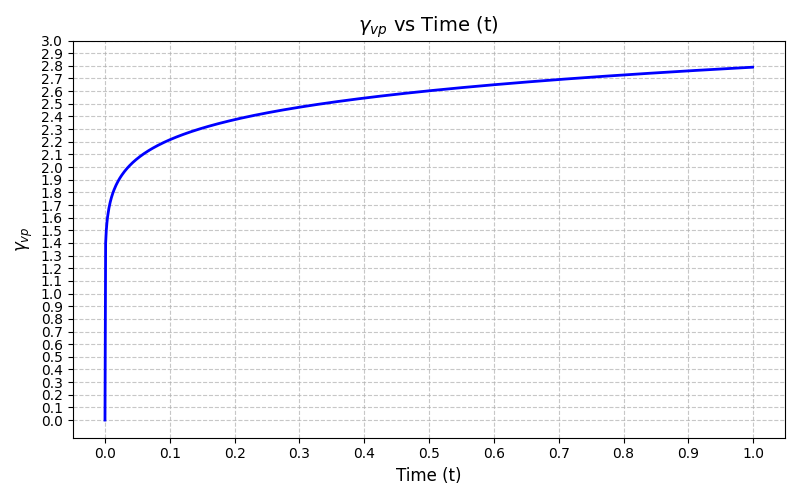
Repository: ajacquey/beaver
Script's output: python examples/viscoelasticity/Lemaitre/Lemaitre_analytical/Lemaitre_analytical.py
The author's editor kept a copy of each file at every save. The script's output is drawn from the files as they stood at one save, then again after the next save.
Random numbers start from a fixed seed.

Above is the script's output before, as saved 2025-05-27 14:23:13.

### examples/viscoelasticity/Lemaitre/Lemaitre_analytical/Lemaitre_analytical.py
import numpy as np
import matplotlib.pyplot as plt
from openpyxl import Workbook

def calculate_gamma_vp(t, A_r=1, T_r=289, T=289, q=2, A_2=1, alpha=0.1, beta=1.48):
    """Calculate the analytical solution for gamma_vp"""
    exponent = A_r * ((1 / T_r) - (1 / T))
    numerator = alpha * np.exp(exponent)
    denominator = alpha
    first_term = (numerator / denominator) ** alpha
    second_term = (q / A_2) ** beta
    return first_term * second_term * (t ** alpha)

# Time range from 0 to 1 with step 0.1
t_values = np.arange(0, 1.0, 0.001)

# Calculate gamma_vp for each time point
gamma_vp_values = [calculate_gamma_vp(t) for t in t_values]

# --- Save to Excel ---
wb = Workbook()
ws = wb.active
ws.title = "Gamma_vp Results"
ws.append(["Time (t)", "Gamma_vp"])
for t, gamma in zip(t_values, gamma_vp_values):
    ws.append([t, gamma])
wb.save("gamma_vp_results.xlsx")

# --- Create Plot ---
plt.figure(figsize=(8, 5))
plt.plot(t_values, gamma_vp_values, 'b-', linewidth=2)
plt.title(r'$\gamma_{vp}$ vs Time (t)', fontsize=14)
plt.xlabel('Time (t)', fontsize=12)
plt.ylabel(r'$\gamma_{vp}$', fontsize=12)
plt.grid(True, linestyle='--', alpha=0.7)
plt.xticks(np.arange(0, 1.1, 0.1))
plt.yticks(np.arange(0, 3.1, 0.1))
plt.tight_layout()

# Save and show plot
plt.savefig('gamma_vp_plot.png', dpi=300)
plt.show()

print("Results saved to:")
print("- Excel file: 'gamma_vp_results.xlsx'")
print("- Plot: 'gamma_vp_plot.png'")

After the next save:
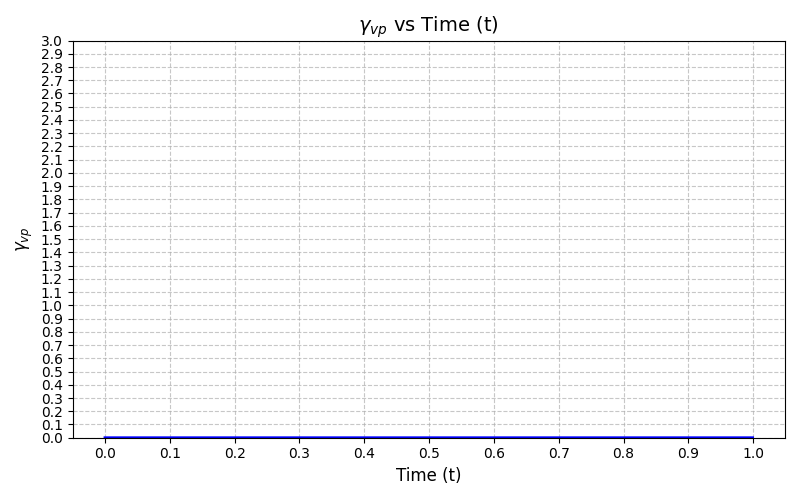
Saved 22 h 37 min later.
--- a/examples/viscoelasticity/Lemaitre/Lemaitre_analytical/Lemaitre_analytical.py
+++ b/examples/viscoelasticity/Lemaitre/Lemaitre_analytical/Lemaitre_analytical.py
@@ -9,7 +9,7 @@
     denominator = alpha
     first_term = (numerator / denominator) ** alpha
     second_term = (q / A_2) ** beta
-    return first_term * second_term * (t ** alpha)
+    return 1e-6*first_term * second_term * (t ** alpha)
 
 # Time range from 0 to 1 with step 0.1
 t_values = np.arange(0, 1.0, 0.001)

After the save that followed:
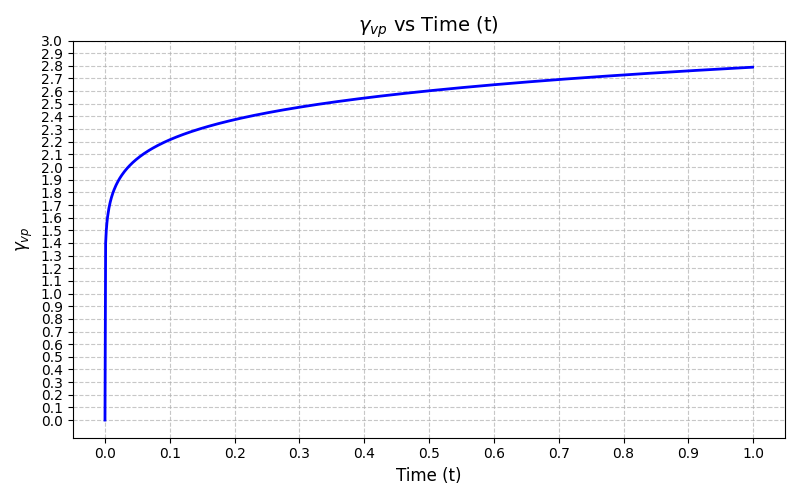
Saved 2 min 14 s later.
--- a/examples/viscoelasticity/Lemaitre/Lemaitre_analytical/Lemaitre_analytical.py
+++ b/examples/viscoelasticity/Lemaitre/Lemaitre_analytical/Lemaitre_analytical.py
@@ -9,7 +9,7 @@
     denominator = alpha
     first_term = (numerator / denominator) ** alpha
     second_term = (q / A_2) ** beta
-    return 1e-6*first_term * second_term * (t ** alpha)
+    return first_term * second_term * (t ** alpha)
 
 # Time range from 0 to 1 with step 0.1
 t_values = np.arange(0, 1.0, 0.001)
